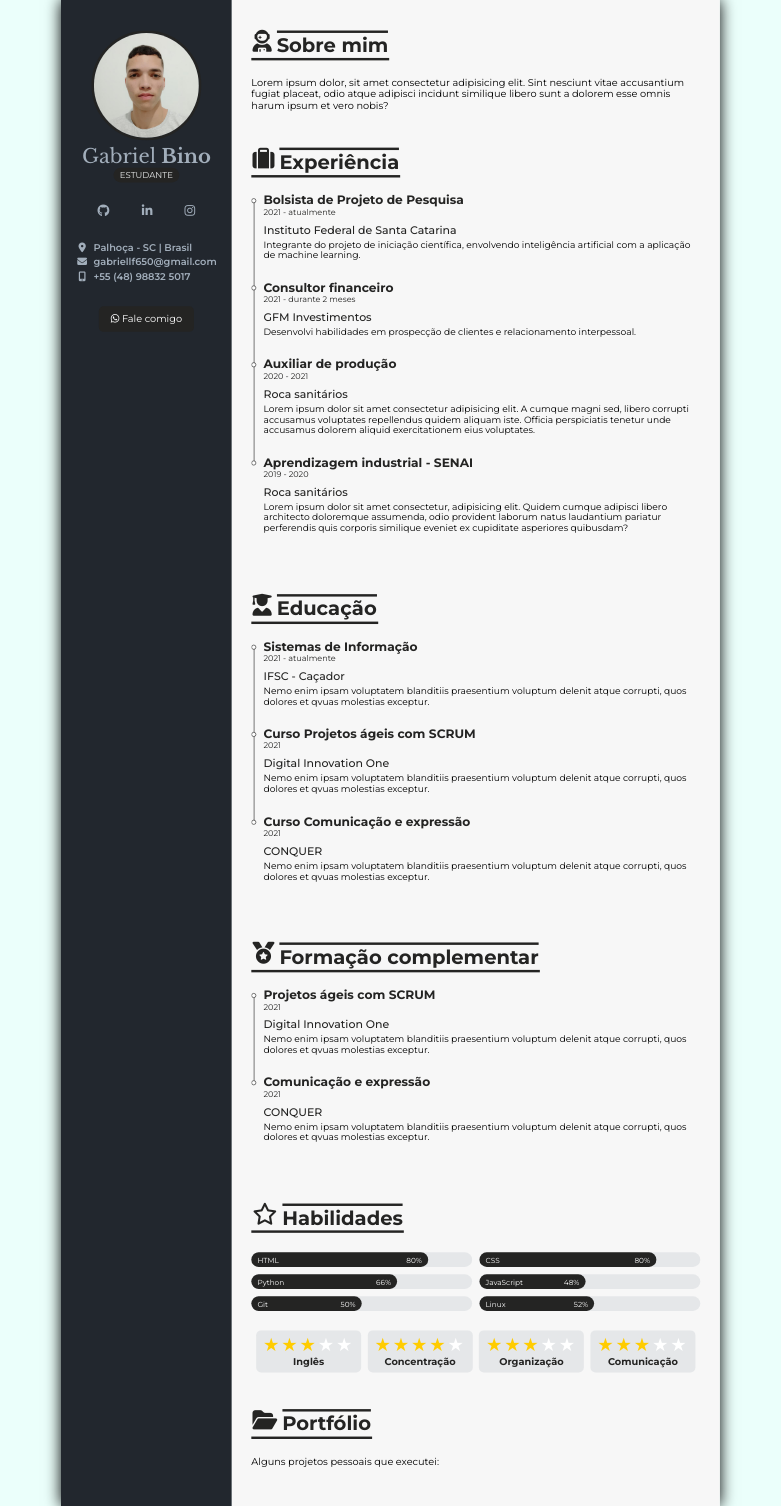
Repository: gabrielbino/curriculoResponsivo
Page: index.html
An editor plug-in stored every save of this project. The page is shown before and after the next save, followed by the edit.
The browser window is 1280 px wide. The pictures show the whole page, at 61% of full size.
Some web libraries are served in a nearby version.

Above is the page before, as saved 2021-10-19 22:52:38.

After the next save:
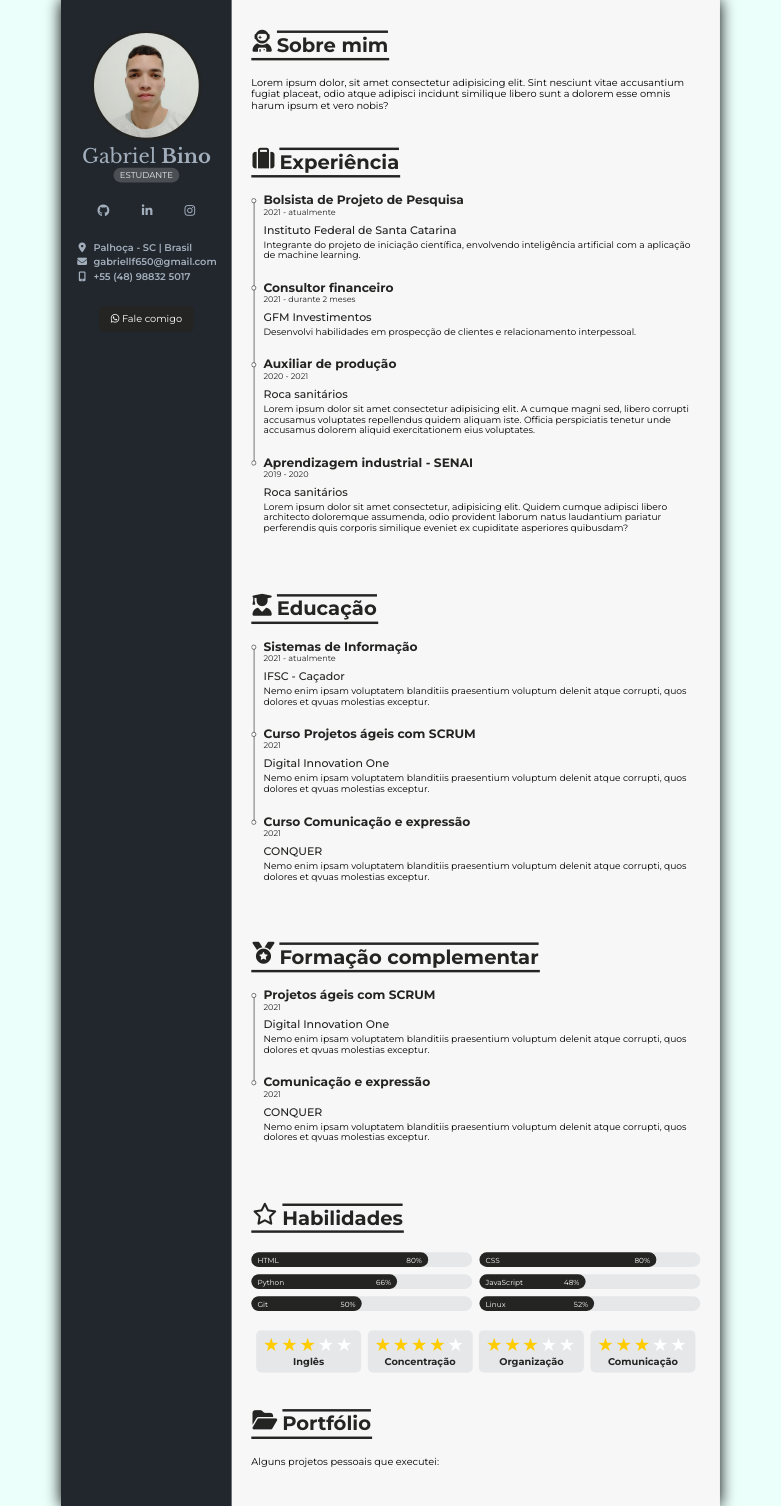
Saved 38 s later.
--- a/css/style.css
+++ b/css/style.css
@@ -57,7 +57,7 @@ aside {
 }
 
 .subtitle-role {
-  background: #242423;
+  background: #4b4e53;
   border-radius: 12px;
   color: #e9ebec;
   font-size: 14px;
